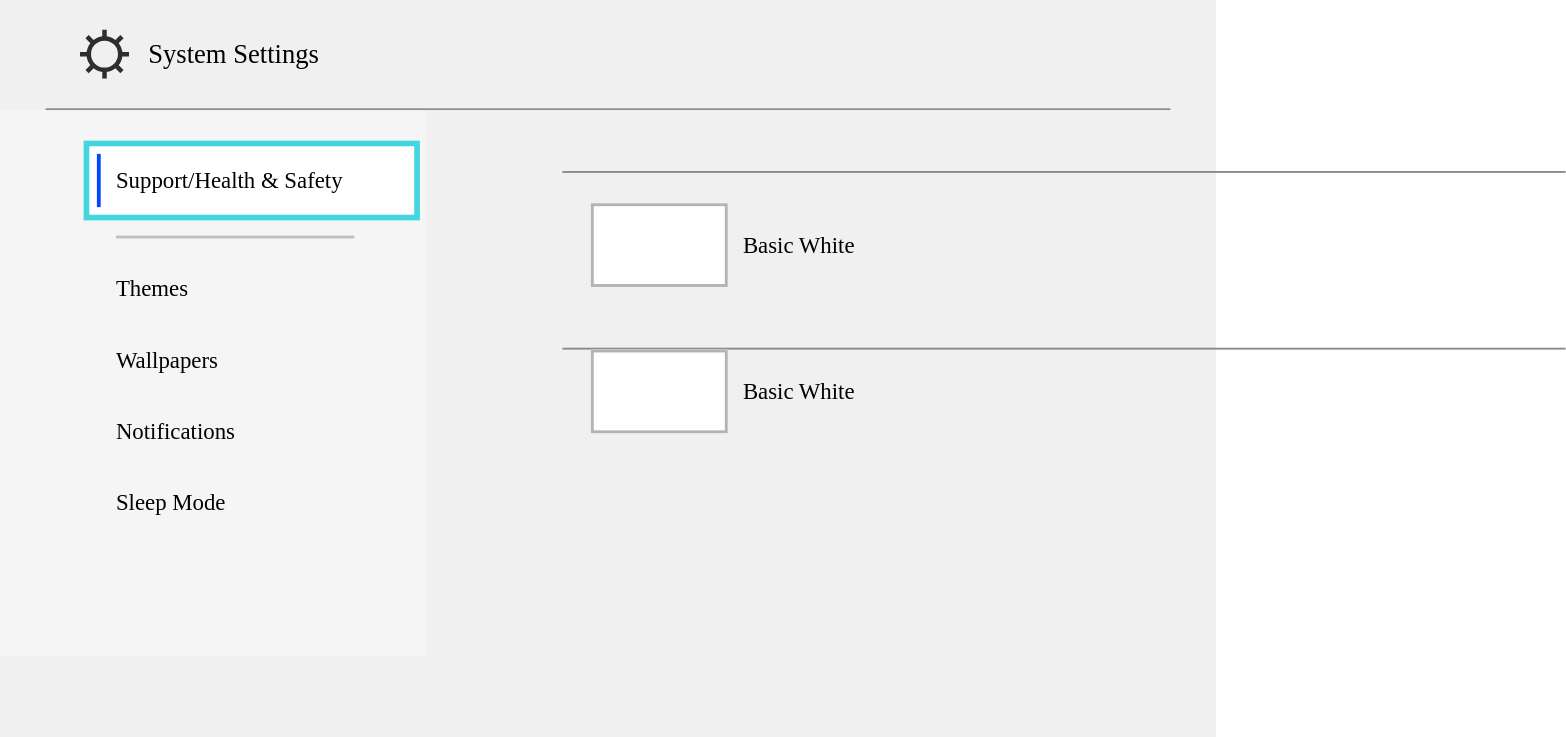
Repository: danielj1415/nintendoSwitchUI2
Page: /settings
An editor plug-in stored every save of this project. The page is shown before and after the next save, followed by the edit.
The browser window is 1280 px wide. The page is 1648 px wide, so the pictures cover 1648 px, including what lies to the right of the window. The pictures show the whole page, at 95% of full size.
The project was rebuilt for these pictures with package versions that can differ from the ones it lists, and the page was loaded fresh each time. Also part of the build but not shown: vite.config.js, src/ScreenHome.jsx.

Above is the page before, as saved 2024-09-28 18:40:07.

### src/App.jsx
import { BrowserRouter as Router, Routes, Route } from "react-router-dom";
import ScreenHome from "./ScreenHome";
import ScreenSettings from "./ScreenSettings";
import './App.css';

function App() {
  return (
    <Router>
      <Routes>
        <Route path="/" element={<ScreenHome />} />
        <Route path="/settings" element={<ScreenSettings />} />
      </Routes>
    </Router>
  );
}

export default App;

### src/ScreenSettings.jsx

import "./ScreenSettings.css";
import iconBrightnessLight from "./assets/icons/iconBrightnessLight.svg";
import { useState, useEffect } from "react";

function ScreenSettings(){

    const settingsOptions = [
        { name: "Support/Health & Safety"},
        { name: "Themes"},
        { name: "Wallpapers"},
        { name: "Notifications"},
        { name: "Sleep Mode"},
        //{ name: "Airplane Mode"}, // Add corresponding images for these games
      ];

      const [selectedIndex, setSelectedIndex] = useState(0);
      const [optionsTheme, setOptionsTheme] = useState(true); // true means the user is on the Themes page for the system settings
      const [optionsWallpaper, setOptionsWallpaper] = useState(false); // true means the user is on the Wallpaper page for the system settings

      useEffect(() => {
        const handleKeyDown = (event) => {
          if (event.key === "ArrowDown") {
            event.preventDefault();
            setSelectedIndex((prevIndex) =>
              prevIndex < settingsOptions.length - 1 ? prevIndex + 1 : 0
            );
          } else if (event.key === "ArrowUp") {
            event.preventDefault();
            setSelectedIndex((prevIndex) =>
              prevIndex > 0 ? prevIndex - 1 : settingsOptions.length - 1
            );
          }
        };

        window.addEventListener("keydown", handleKeyDown);

        // Clean up the event listener
        return () => {
          window.removeEventListener("keydown", handleKeyDown);
        };
      }, [settingsOptions.length]);

    return(
        <div className = "settingsScreen">
            <div className = "topMenuSettings">
                <div className = "topMenuRow">
                    <img src = {iconBrightnessLight} className = "iconBrightnessLight marginRight28 marginLeft108"/>
                    <p className = "headingText">System Settings</p>
                </div>
                <div className = "divider"/>
            </div>
            <div className="middleMenuSettings">
            <div className="leftMenuSettings">
            <div className = "spacer"/>
            {/* Render the first option separately */}
            {settingsOptions.slice(0, 1).map((option, index) => (
                <div
                    key={index}
                    className={`leftMenuOptions ${
                        selectedIndex === index ? "selectedOption" : "unselectedOption"
                    }`}
                >
                    {selectedIndex === index && (
                        <div className="selectedOptionLine marginLeft8 marginRight16" />
                    )}
                    <div>
                        <p className={`subheadingText`}>{option.name}</p>
                    </div>
                    {/* Add a line after the first option */}
                    <div className="lineAfterOption"></div>
                </div>
            ))}
            <div className = "square"/>
            {/* Render the remaining options */}
            {settingsOptions.slice(1).map((option, index) => (
            <div
                key={index + 1}  // Offset index for the remaining items
                className={`leftMenuOptions ${
                    selectedIndex === index + 1 ? "selectedOption" : "unselectedOption"
                }`}
            >
                {selectedIndex === index + 1 && (
                    <div className="selectedOptionLine marginLeft8 marginRight16" />
                )}
                <div>
                    <p className={`subheadingText`}>{option.name}</p>
                </div>
            </div>
            ))}
            </div>
                <div className="rightMenuSettings">
                {optionsTheme === true && ( // theme page on system settings
                    <div className = "themePage">
                        <div className = "themeLine"></div>
                        <div className = "themeRow marginLeft174 marginTop32">
                            <div className = "themeWhiteRectangle marginRight16"></div>
                            <p className = "subheadingText">Basic White</p>
                        </div>
                        <div className = "themeLine"></div>
                        <div className = "themeRow marginLeft174">
                            <div className = "themeWhiteRectangle marginRight16"></div>
                            <p className = "subheadingText">Basic White</p>
                        </div>
                    </div>
                )}
                {optionsWallpaper === true && ( // wallpaper page on system settings
                    <div className = "wallpaperPage">
                        Your mom's wallpaper
                    </div>
                )}
                </div>
            </div>
            <div className = "bottomMenuSettings"></div>
        </div>
    )
}

export default ScreenSettings;

### src/App.css
html, body {
  margin: 0;
  padding: 0;
  height: 100%;
  width: 100%;
}

.appScreen{
  display: flex;
  justify-content: center;
  align-items: center;
  height: 100vh;
}

### src/ScreenHome.css

@import "./fonts.css";

/* Set the container to relative positioning */
.homeScreen {
    position: relative;
    width: 100vw;
    height: 100vh;
    overflow-x: hidden;
  }

  /* Set the image to cover the entire container */
  .wallpaper {
    position: absolute;
    top: 0;
    left: 0;
    width: 100%;
    height: 100%;
    object-fit: cover; /* Ensure the image covers the whole area */
    z-index: -1; /* Send the image to the background */
  }

  /* Row of squares */
  .square-row {
    display: flex;
    justify-content: space-between; /* Space the squares evenly */
    position: relative; /* Ensure it's positioned on top of the image */
    width: 100%;
    height: 460px; /* Adjust the height of the row */
    z-index: 1; /* Ensure the row stays above the image */
    top: 50%; /* Vertically center the row */
    transform: translateY(-340px); /* Adjust the top positioning for perfect centering */
    margin-left: 80px;
    gap: 32px;
  }

  /* Individual squares */
  .game {
    flex-shrink: 0;
    width: 360px;
    height: 360px;
    background-color: rgba(255, 255, 255, 0.2); /* Add some transparency */
    backdrop-filter: blur(15px); /* Apply the blur effect to the background */
    transition: all 0.3s ease; /* Smooth transition when selecting */
    display: flex; /* Enable Flexbox */
        justify-content: center; /* Horizontally center the image */
        align-items: center; /* Vertically center the image */
        box-shadow: 0 4px 8px rgba(0, 0, 0, 0.5); /* Add a soft shadow */
  }

  /* Selected game styles */
.game.selected {
    width: 440px; /* Increase the size of the selected game */
    height: 440px;
    transform: translateY(-60px);
  }

  .game-name {
    position: absolute;
    font-family: "Nintendo Switch UI";
    white-space: nowrap; /* Ensure the text stays on one line */
    left: 50%; /* Center the text horizontally */
    transform: translateX(-50%); /* Ensure centering within its container */
    height: 100px;
    top: -100px;
    width: 600px;

  }

  .game-name-text{
    color: #43D6DF;
    font-size: 36px;
    text-align: center;
  }
  .game-image {
    width: 92%;
    height: 92%;
    object-fit: cover; /* Ensure the image covers the entire div */
  }
  .game-image {
    opacity: 0.5; /* Make the image 50% opaque */
    transition: opacity 0.3s ease; /* Smooth transition for the opacity change */
  }

  /* Selected game's image (full opacity) */
  .game.selected .game-image {
    opacity: 1; /* Full opacity for the selected game's image */
  }

  .profileIconContainer{
    display: flex;
    flex-direction: column; /* Ensure the number and image are stacked vertically */
    align-items: center; /* Center the number and image horizontally */
    width: 64px;
    margin-left: 80px;
  }

  .imageProfile{
    width: 48px;
    height: 48px;
    border-radius: 50%;
    border: 3px solid #43D6DF;
    margin-top: -24px;
  }

  .profileFriends{
    font-family: "Nintendo Switch UI";
    font-size: 24px;
    color: #43D6DF
  }

  .circle-row{
    display: flex;
    gap: 28px;
    justify-content: center;
    margin-top: 96px;
  }

  .icons{
    width: 90px;
    height: 90px;
    border-radius: 50%;
    background-color: rgba(255, 255, 255, 0.3); /* Add some transparency */
    box-shadow: 0 4px 8px rgba(0, 0, 0, 0.5); /* Add a soft shadow */
    backdrop-filter: blur(15px);
  }

  .iconRowCircle{
    width: 90px;
    height: 90px;
    border-radius: 50%;
    background-color: rgba(255, 255, 255, 0.3); /* Add some transparency */
    box-shadow: 0 3px 6px rgba(0, 0, 0, 0.3); /* Add a soft shadow */
    backdrop-filter: blur(15px);
    display: flex;
    align-items: center;
    justify-content: center;
    position: relative;
  }

  .iconRowImage{
    width: 48px;
    height: 48px;
  }

  .iconRowImage2{
    width: 52px;
    height: 52px;
    margin-left: 4px;
    margin-top: 4px;
  }


.selectedIcon {
  position: relative;
}

.selectedIcon::before {
  content: "";
  position: absolute;
  top: -4px;
  left: -4px;
  width: calc(100%);
  height: calc(100%);
  border: 4px solid #43D6DF;
  border-radius: 50%;
  pointer-events: none;
}

  .bottomMenu{
    margin-left: 80px;
    margin-right: 80px;
    margin-top: 72px;
  }

  .lineDivider{
    height: 2px;
    width:auto;
    background-color: #ffffff;
  }

  .iconSwitchLight{
    width: 96px;
    height: 44px;
    box-shadow: 0 4px 8px rgba(0, 0, 0, 0.5);
    border-radius: 8px;
  }

  .bottomMenuRow{
    display: flex;
    align-items: center;
    justify-content: space-between;
    margin-top: 28px;
  }

  .bottomMenuRowIcons{
    width: 400px;
    height: 44px;
    display: flex;
    align-items: center;
    justify-content: end;
  }

  .iconA{
    width: 36px;
    height: 36px;
    box-shadow: 0 4px 8px rgba(0, 0, 0, 0.5);
    border-radius: 50%;
  }

  .iconOptions{
    width: 36px;
    height: 36px;
    box-shadow: 0 4px 8px rgba(0, 0, 0, 0.5);
    border-radius: 50%;
  }

  .bottomMenuRowText{
    font-family: "Nintendo Switch UI";
    color: white;
    font-size: 26px;
    text-shadow: 0 0 10px rgba(255, 255, 255, 0.8),
  }

  .marginRight20{
    margin-right: 20px;
  }

  .marginLeft84{
    margin-left: 84px;
  }

  @media (max-height: 800px) and (min-height: 700px)
  {
    .game {
        flex-shrink: 0;
        width: 306px;
        height: 306px;
        background-color: rgba(255, 255, 255, 0.3); /* Add some transparency */
        backdrop-filter: blur(15px); /* Apply the blur effect to the background */
        transition: all 0.3s ease; /* Smooth transition when selecting */
        display: flex; /* Enable Flexbox */
        justify-content: center; /* Horizontally center the image */
        align-items: center; /* Vertically center the image */
        box-shadow: 0 4px 8px rgba(0, 0, 0, 0.5); /* Add a soft shadow */
      }

      /* Selected game styles */
    .game.selected {
        width: 380px; /* Increase the size of the selected game */
        height: 380px;
        transform: translateY(-60px);
      }
      .game-name-text{
        color: #43D6DF;
        font-size: 32px;
        text-align: center;
      }
      .game-name {
        position: absolute;
        font-family: "Nintendo Switch UI";
        white-space: nowrap; /* Ensure the text stays on one line */
        left: 50%; /* Center the text horizontally */
        transform: translateX(-50%); /* Ensure centering within its container */
        height: 100px;
        top: -80px;
        width: 600px;
      }
      .square-row {
        display: flex;
        justify-content: space-between; /* Space the squares evenly */
        position: relative; /* Ensure it's positioned on top of the image */
        width: 100%;
        height: 360px; /* Adjust the height of the row */
        z-index: 1; /* Ensure the row stays above the image */
        top: 50%; /* Vertically center the row */
        transform: translateY(-280px); /* Adjust the top positioning for perfect centering */
        margin-left: 80px;
        gap: 32px;
      }
      .game-image {
        width: 92%;
        height: 92%;
        object-fit: cover; /* Ensure the image covers the entire div */
      }
      .game-image {
        opacity: 0.5; /* Make the image 50% opaque */
        transition: opacity 0.3s ease; /* Smooth transition for the opacity change */
      }

      /* Selected game's image (full opacity) */
      .game.selected .game-image {
        opacity: 1; /* Full opacity for the selected game's image */
      }
      .circle-row{
        display: flex;
        gap: 28px;
        justify-content: center;
        margin-top: 96px;
        height: 1px;
      }

      .icons{
        width: 72px;
        height: 72px;
        border-radius: 50%;
        background-color: rgba(255, 255, 255, 0.3); /* Add some transparency */
        box-shadow: 0 4px 8px rgba(0, 0, 0, 0.5); /* Add a soft shadow */
        backdrop-filter: blur(15px);
      }

      .iconRowCircle{
        width: 72px;
        height: 72px;
        border-radius: 50%;
        background-color: rgba(255, 255, 255, 0.3); /* Add some transparency */
        box-shadow: 0 3px 6px rgba(0, 0, 0, 0.3); /* Add a soft shadow */
        backdrop-filter: blur(15px);
        display: flex;
        align-items: center;
        justify-content: center;
        position: relative;
      }

      .iconRowImage{
        width: 40px;
        height: 40px;
      }

      .iconRowImage2{
        width: 48px;
        height: 48px;
        margin-left: 4px;
        margin-top: 4px;
      }


    .selectedIcon {
      position: relative;
    }

    .selectedIcon::before {
      content: "";
      position: absolute;
      top: -4px;
      left: -4px;
      width: calc(100%);
      height: calc(100%);
      border: 4px solid #43D6DF;
      border-radius: 50%;
      pointer-events: none;
    }
    .bottomMenu{
      margin-left: 80px;
      margin-right: 80px;
      height: 1px;
      margin-top: 108px;
    }

    .lineDivider{
      height: 2px;
      width:auto;
      background-color: #ffffff;
    }

    .iconSwitchLight{
      width: 84px;
      height: 52px;
      margin-top: 16px;
    }
    .bottomMenuRow{
      display: flex;
      align-items: center;
      justify-content: space-between;
      margin-top: 4px;
    }
    .iconA{
      width: 28px;
      height: 28px;
      box-shadow: 0 4px 8px rgba(0, 0, 0, 0.5);
      border-radius: 50%;
    }

    .iconOptions{
      width: 28px;
      height: 28px;
      box-shadow: 0 4px 8px rgba(0, 0, 0, 0.5);
      border-radius: 50%;
    }

    .bottomMenuRowText{
      font-family: "Nintendo Switch UI";
      color: white;
      font-size: 22px;
      text-shadow: 0 0 10px rgba(255, 255, 255, 0.8),
    }

}
@media (max-height: 920px) and (min-height: 800px)
{
  .lineDivider{
    height: 2px;
    width:auto;
    background-color: white;
  }
  .square-row {
    transform: translateY(-320px); /* Adjust the top positioning for perfect centering */
  }
  .circle-row{
    margin-top: 72px;
  }
}

### src/ScreenSettings.css

    @import "./fonts.css";

    .topMenuSettings{
        width: 100%;
        background-color: #F0F0F0;
    }

    .topMenuRow{
        display: flex;
        align-items: center;
        background-color: #F0F0F0;
        height: 142px;
    }

    .bottomMenuSettings{
        width: 100%;
        height: 116px;
        background-color: #F0F0F0;
    }

    .middleMenuSettings{
        display: flex;
    }

    .leftMenuSettings{
        width: 32%;
        height: 690px;
        background-color: #F5F5F5;
    }

    .rightMenuSettings{
        width: 68%;
        height: 690px;
        background-color: #F0F0F0;
    }

    .iconBrightnessLight{
        width: 66px;
        height: 66px;
    }

    .headingText{
        font-size: 34px;
        font-family: "Nintendo Switch UI";
    }

    .marginRight28{
        margin-right: 28px;
    }

    .marginLeft108{
        margin-left: 108px;
    }

    .divider{
        height: 2px;
        margin-left:48px;
        margin-right: 48px;
        background-color: #8B8B8B;
        justify-content: center;
    }

    .subheadingText{
        font-family: "Nintendo Switch UI";
        font-size: 30px;
    }

    .bottomMenuSettings{
        z-index: 1;
        position: absolute;
    }
    .selectedOption {
        width: 432px;
        height: 94px;
        background-color: #FFFFFF;
        border: 6px solid #43D6DF;
        display: flex; /* Use flexbox to align the blue line and text horizontally */
        align-items: center; /* Vertically center the items inside */
        margin-left: 122px;
    }
    .unselectedOption{
        margin-left: 160px;
        display: flex; /* Use flexbox to align the blue line and text horizontally */
        align-items: center; /* Vertically center the items inside */
    }
    .selectedOptionSub{
        display: flex;
        align-items: center;
        height: 72px;
    }
    .marginLeft8{
        margin-left: 8px;
    }

    .marginRight16{
        margin-right: 18px;
    }

    .marginLeftselectedOption{
        margin-left: 88px;
    }

    .spacer{
        width: 4px;
        height: 32px;
        background-color: #F5F5F5;
    }

    .square {
        width: 432px;    /* Set the width of the square */
        height: 2px;   /* Set the height of the square */
        background-color: #8B8B8B; /* You can change the color of the square */
        margin-top: 16px;
        margin-bottom: 16px;
        margin-left: 128px;
    }

    .selectedOptionLine{
        height: 72px;
        width: 6px;
        background-color: #0047FF;
    }

    .themeLine{
        height: 2px;
        width: 1056px;
        margin-left: 144px;
        margin-top: 64px;
        background-color: #8B8B8B;
    }

    .themeRow{
        display: flex;
        align-items: center;
    }

    .themeWhiteRectangle{
        width: 138px;
        height: 82px;
        background-color: white;
        border: 3px solid #B3B3B3;
    }

    .marginLeft174{
        margin-left: 174px;
    }

    .marginTop32{
        margin-top: 32px;
    }


    @media (max-height: 800px) and (min-height: 700px)
    {
        .headingText{
            font-size: 28px;
            font-family: "Nintendo Switch UI";
        }
        .subheadingText{
            font-family: "Nintendo Switch UI";
            font-size: 24px;
        }
        .iconBrightnessLight{
            width: 52px;
            height: 52px;
        }
        .leftMenuOptions{
            margin-left: 0px;
            margin-top: 0px;
        }
        .marginRight28{
            margin-right: 20px;
        }

        .marginLeft108{
            margin-left: 84px;
        }
        .topMenuRow{
            display: flex;
            align-items: center;
            background-color: #F0F0F0;
            height: 114px;
        }
        .bottomMenuSettings{
            width: 100%;
            height: 86px;
            background-color: #F0F0F0;
        }
        .leftMenuSettings{
            width: 35%;
            height: 574px;
            background-color: #F5F5F5;
        }

        .rightMenuSettings{
            width: 65%;
            height: 574px;
            background-color: #F0F0F0;
        }

        .marginLeft124{
            margin-left: 124px;
        }

        .selectedOption {
            width: 342px;
            height: 72px;
            background-color: #FFFFFF;
            border: 6px solid #43D6DF;
            display: flex; /* Use flexbox to align the blue line and text horizontally */
            align-items: center; /* Vertically center the items inside */
            margin-left: 88px;
        }
        .unselectedOption{
            margin-left: 122px;
            display: flex; /* Use flexbox to align the blue line and text horizontally */
            align-items: center; /* Vertically center the items inside */
        }

        .selectedOptionSub{
            display: flex;
            align-items: center;
            height: 72px;
        }

        .selectedOptionLine{
            height: 56px;
            width: 4px;
            background-color: #0047FF;
        }

        .marginLeft8{
            margin-left: 8px;
        }

        .marginRight16{
            margin-right: 16px;
        }

        .marginLeftselectedOption{
            margin-left: 88px;
        }

        .spacer{
            width: 4px;
            height: 32px;
            background-color: #F5F5F5;
        }

        .square {
            width: 56%;    /* Set the width of the square */
            height: 3px;   /* Set the height of the square */
            background-color: #C0C0C0; /* You can change the color of the square */
            margin-left: 122px;
            margin-top: 16px;
            margin-bottom: 16px;
        }


    }

### src/fonts.css

@font-face {
    font-family: "Nintendo Switch";
    src: url("/src/assets/fonts/NINTENDOSWITCHUI.TTF");
  }

Loaded but not shown: index.html (common file); src/main.jsx (common file)

After the next save:
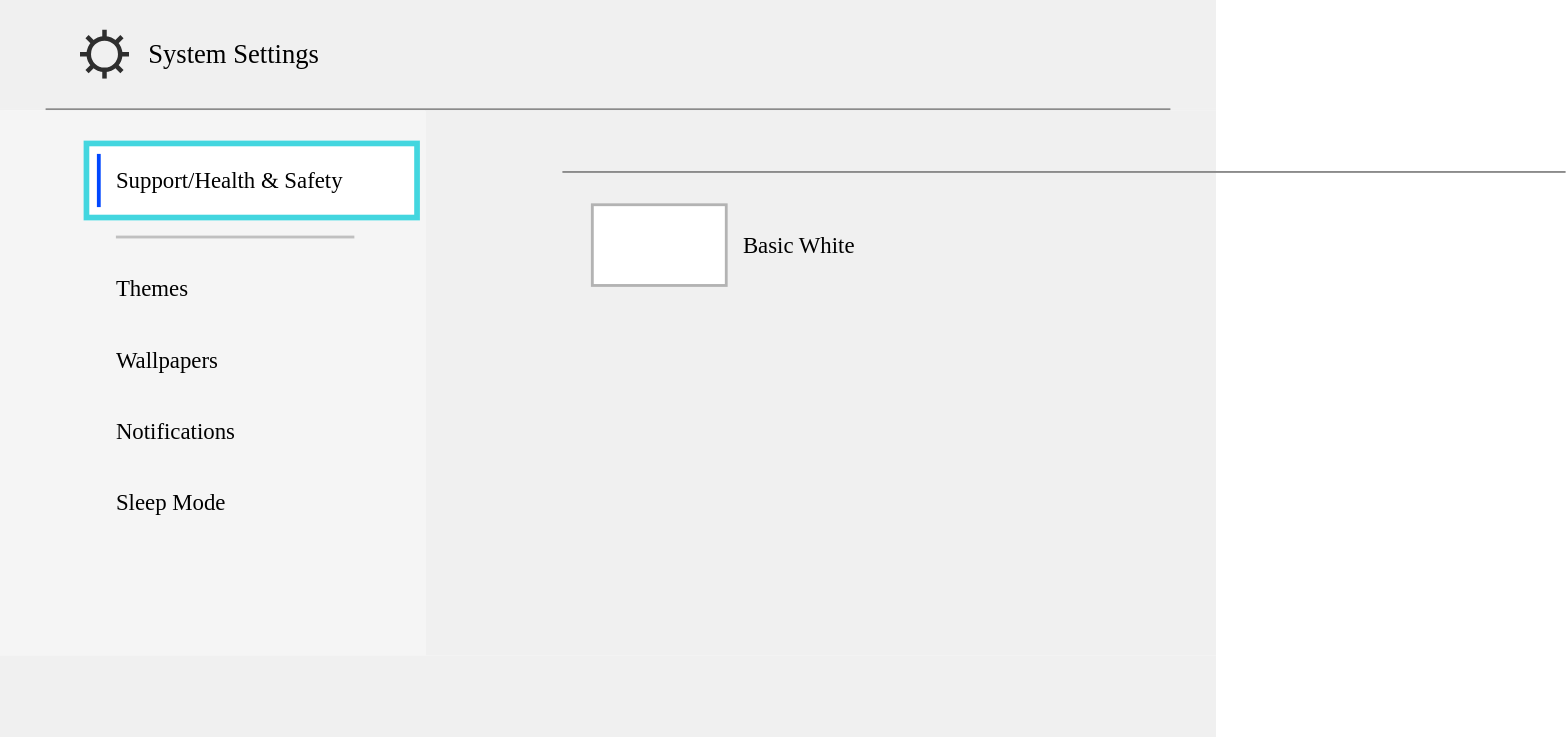
Saved 4 s later.
--- a/src/ScreenSettings.jsx
+++ b/src/ScreenSettings.jsx
@@ -97,11 +97,7 @@ function ScreenSettings(){
                             <div className = "themeWhiteRectangle marginRight16"></div>
                             <p className = "subheadingText">Basic White</p>
                         </div>
-                        <div className = "themeLine"></div>
-                        <div className = "themeRow marginLeft174">
-                            <div className = "themeWhiteRectangle marginRight16"></div>
-                            <p className = "subheadingText">Basic White</p>
-                        </div>
+
                     </div>
                 )}
                 {optionsWallpaper === true && ( // wallpaper page on system settings
